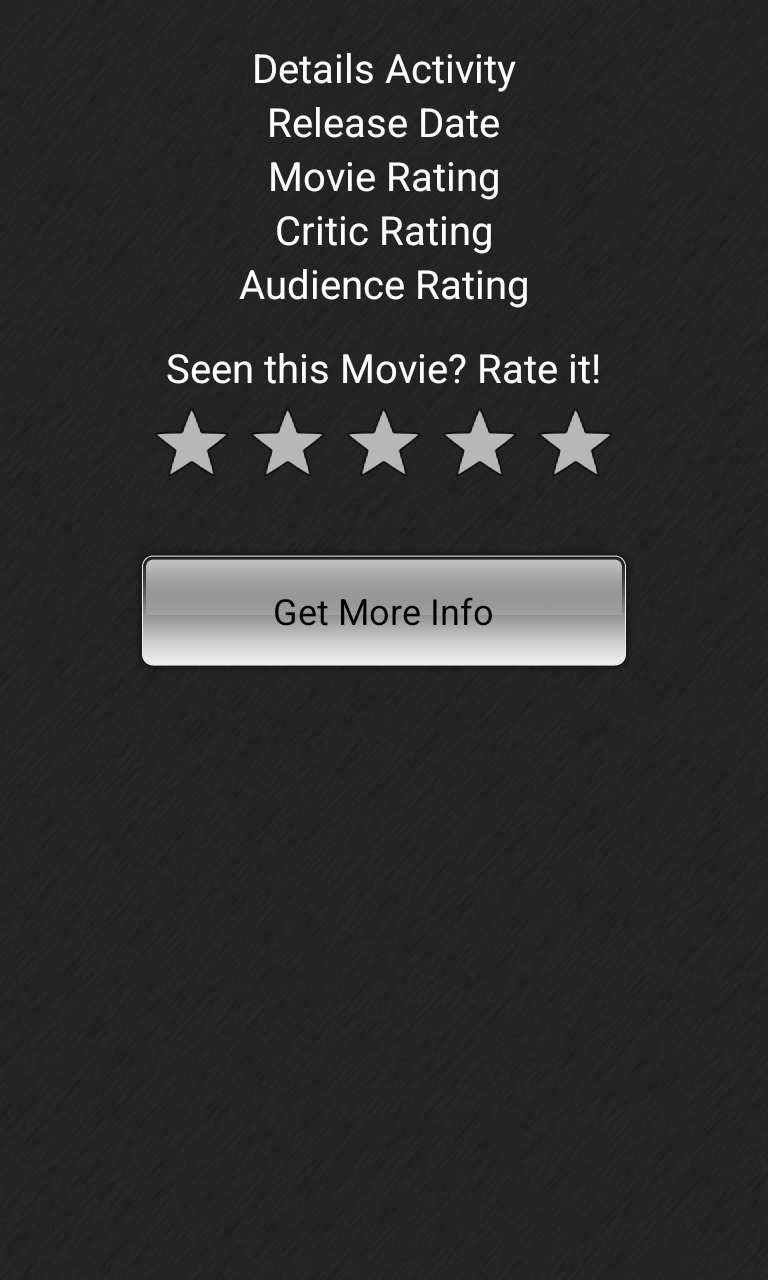
Repository: efreestone/Java2_Freestone
Layout: Java2Project2/res/layout/activity_details.xml
An editor plug-in stored every save of this project. The layout is shown before and after the next save, followed by the edit.
It is drawn on a 768 x 1280 px phone screen (xhdpi) without system bars, with theme AppTheme; the app's code is not run.

Above is the layout before, as saved 2014-05-16 01:41:01.

### Java2Project2/res/layout/activity_details.xml
<?xml version="1.0" encoding="utf-8"?>
<LinearLayout xmlns:android="http://schemas.android.com/apk/res/android"
    android:layout_width="match_parent"
    android:layout_height="match_parent"
    android:background="@drawable/main_background"
    android:orientation="vertical"
    android:gravity="center_horizontal"
    android:paddingTop="20dp">

    <TextView
        android:id="@+id/titleTextView"
        android:layout_width="wrap_content"
        android:layout_height="wrap_content"
        android:textColor="#ffffff"
        android:textSize="20sp"
        android:text="Details Activity" />

    <TextView
        android:id="@+id/releaseTextView"
        android:layout_width="wrap_content"
        android:layout_height="wrap_content"
        android:textColor="#ffffff"
        android:textSize="20sp"
        android:text="Release Date" />

    <TextView
        android:id="@+id/movieRatingTextView"
        android:layout_width="wrap_content"
        android:layout_height="wrap_content"
        android:textColor="#ffffff"
        android:textSize="20sp"
        android:text="Movie Rating" />

    <TextView
        android:id="@+id/criticRatingTextView"
        android:layout_width="wrap_content"
        android:layout_height="wrap_content"
        android:textColor="#ffffff"
        android:textSize="20sp"
        android:text="Critic Rating" />

    <TextView
        android:id="@+id/audienceRatingTextView"
        android:layout_width="wrap_content"
        android:layout_height="wrap_content"
        android:textColor="#ffffff"
        android:textSize="20sp"
        android:text="Audience Rating" />

    <TextView
        android:id="@+id/ratingsBarTitle"
        android:layout_width="wrap_content"
        android:layout_height="wrap_content"
        android:textColor="#ffffff"
        android:textSize="20sp"
        android:paddingTop="15dp"
        android:text="@string/ratingBarTitleString" />

    <RatingBar
        android:id="@+id/movieRatingBar"
        android:layout_width="wrap_content"
        android:layout_height="wrap_content"
        android:paddingBottom="15dp" />

    <Button
        android:id="@+id/moreInfoButton"
        android:layout_width="wrap_content"
        android:layout_height="wrap_content"
        android:layout_gravity="center"
        android:layout_margin="5dp"
        android:background="@drawable/button_background"
        android:clickable="true"
        android:text="@string/moreInfoButtonString"
        android:width="250dp" />

</LinearLayout>

### Java2Project2/res/values/strings.xml
<?xml version="1.0" encoding="utf-8"?>
<resources>

    <string name="app_name">What 2 Watch</string>
    <string name="detail_name">Details Activity</string>
    <string name="action_settings">Settings</string>
    <string name="titleString">DVD New Releases</string>

    <string name="buttonString">Get New Releases</string>
    <string name="moreInfoButtonString">Get More Info</string>

    <string name="ratingBarTitleString">Seen this Movie? Rate it!</string>

    <!-- Connection Alert strings -->
    <string name="noConnectionTitle">Connection Error</string>
    <string name="noConnectionAlert">This application requires internet access. Please check your network connection and try again.</string>

    <string name="noFileTitle">File does not exist</string>
    <string name="noFileAlert">The file does not exist on your device so it was requested from the API. Select Get New Releases to update the ListView</string>

    <string name="ratingSelectedTitle">Movie Rated</string>

</resources>

### Java2Project2/res/drawable-hdpi/button_background.xml
<?xml version="1.0" encoding="utf-8"?>
<selector xmlns:android="http://schemas.android.com/apk/res/android" >
    <!-- Button Image when pressed -->
    <item
        android:drawable="@drawable/gradient_pressed_9patch"
        android:state_pressed="true"/>

    <!-- Button Image -->
    <item
        android:drawable="@drawable/gradient_9patch"/>



</selector>

### Java2Project2/res/drawable-ldpi/button_background.xml
<?xml version="1.0" encoding="utf-8"?>
<selector xmlns:android="http://schemas.android.com/apk/res/android" >
    <!-- Button Image when pressed -->
    <item
        android:drawable="@drawable/gradient_pressed_9patch"
        android:state_pressed="true"/>

    <!-- Button Image -->
    <item
        android:drawable="@drawable/gradient_9patch"/>



</selector>

### Java2Project2/res/drawable-mdpi/button_background.xml
<?xml version="1.0" encoding="utf-8"?>
<selector xmlns:android="http://schemas.android.com/apk/res/android" >
    <!-- Button Image when pressed -->
    <item
        android:drawable="@drawable/gradient_pressed_9patch"
        android:state_pressed="true"/>

    <!-- Button Image -->
    <item
        android:drawable="@drawable/gradient_9patch"/>



</selector>

### Java2Project2/res/drawable-xhdpi/button_background.xml
<?xml version="1.0" encoding="utf-8"?>
<selector xmlns:android="http://schemas.android.com/apk/res/android" >
    <!-- Button Image when pressed -->
    <item
        android:drawable="@drawable/gradient_pressed_9patch"
        android:state_pressed="true"/>

    <!-- Button Image -->
    <item
        android:drawable="@drawable/gradient_9patch"/>



</selector>

### Java2Project2/res/drawable-xxhdpi/button_background.xml
<?xml version="1.0" encoding="utf-8"?>
<selector xmlns:android="http://schemas.android.com/apk/res/android" >
    <!-- Button Image when pressed -->
    <item
        android:drawable="@drawable/gradient_pressed_9patch"
        android:state_pressed="true"/>

    <!-- Button Image -->
    <item
        android:drawable="@drawable/gradient_9patch"/>



</selector>

Loaded but not shown: Java2Project2/res/values/styles.xml (common file); Java2Project2/res/values-v11/styles.xml (common file); Java2Project2/res/values-v14/styles.xml (common file)

After the next save:
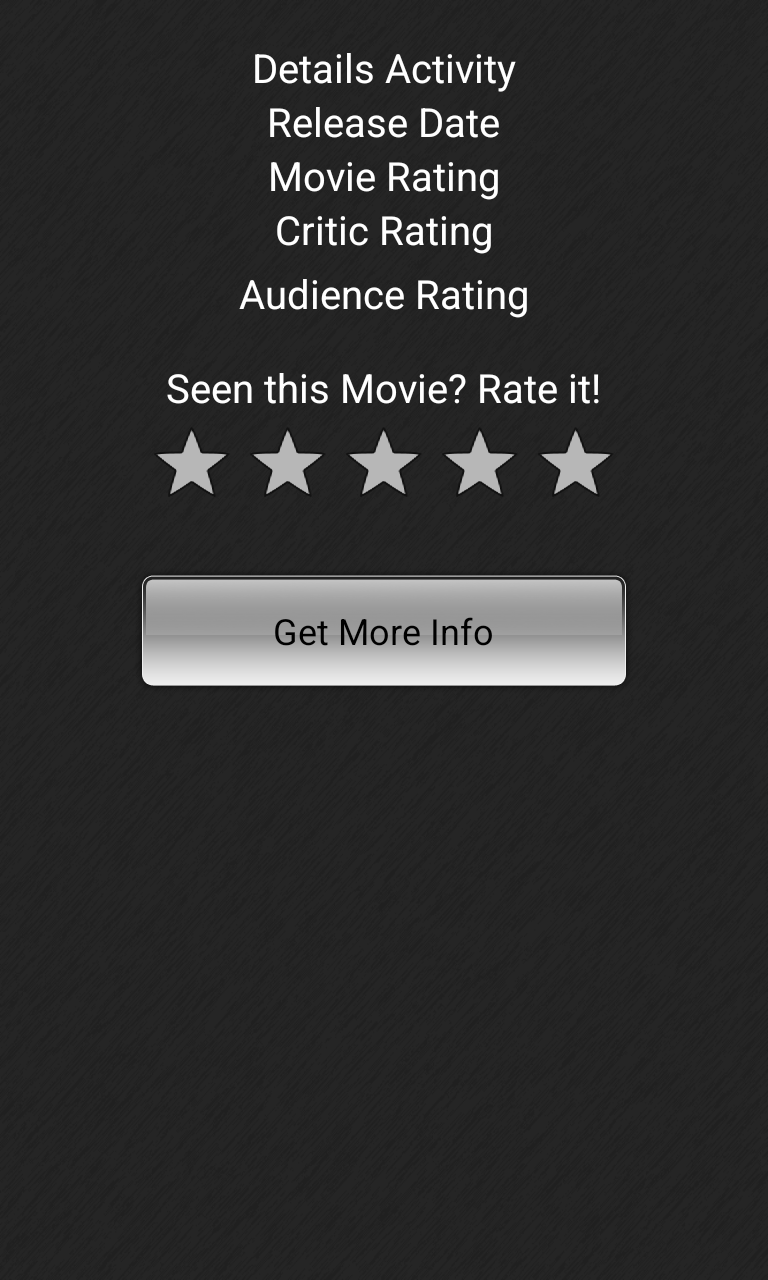
Saved 85 s later.
--- a/Java2Project2/res/layout/activity_details.xml
+++ b/Java2Project2/res/layout/activity_details.xml
@@ -45,6 +45,7 @@
         android:layout_height="wrap_content"
         android:textColor="#ffffff"
         android:textSize="20sp"
+        android:padding="5dp"
         android:text="Audience Rating" />
 
     <TextView
